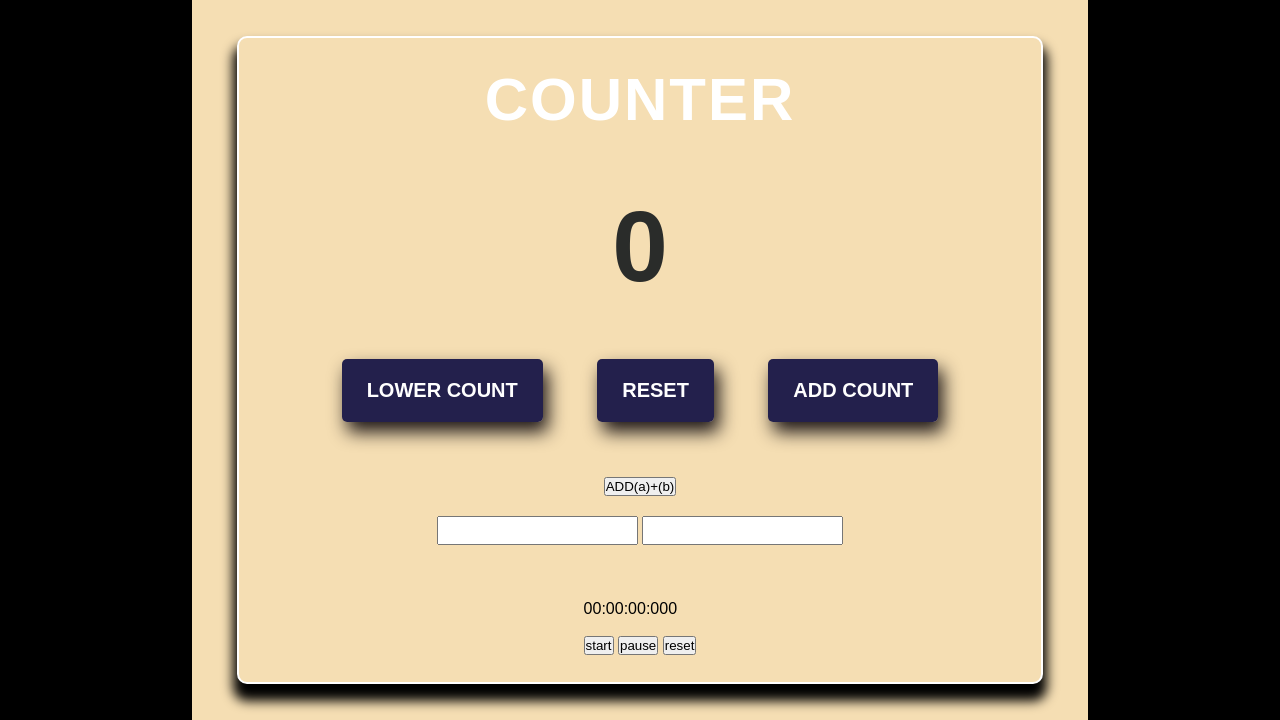
Repository: Seryozha02/Calculator
Page: calculator.html
These files come from the project's save history. The page is drawn as it stood at one moment and after the next save; the edit follows.
The browser window is 1280 px wide. The pictures show the whole page.

Above is the page before, as saved 2022-02-15 13:00:58.

### calculator.html
<!DOCTYPE html>
<html lang="en">
  <head>
    <meta charset="UTF-8" />
    <meta http-equiv="X-UA-Compatible" content="IE=edge" />
    <meta name="viewport" content="width=device-width, initial-scale=1.0" />
    <link rel="stylesheet" href="./calculator.css" />
    <title>Counter</title>
  </head>
  <body>
    <div class="body">
        <div class="parent">
            <div class="main">
                <div class="countText">
                    <h1>COUNTER</h1>
                </div>
                <div class="number">
                    <p id="num">0</p>
                </div>
                <div class="options">
                    <button class="leftButton">LOWER COUNT</button>
                    <button class="centerButton">RESET</button>
                    <button class="rightButton">ADD COUNT</button>
                </div>
                <div class="addABParent">
                    <button class="addAB">ADD(a)+(b)</button>
                    <input type="number" id="inputNum1"><span class="plyus"></span>
                    <input type="number" id="inputNum2"><span class="equals"></span>
                    <span id="valueOfSum"></span>
                </div>
                <form name="form_main">
                    <div>
                      <span id="hour">00</span>:<span id="minute">00</span>:<span id="second">00</span>:<span id="millisecond">000</span>
                    </div>

                    <br />

                    <button type="button" name="start">start</button>
                    <button type="button" name="pause">pause</button>
                    <button type="button" name="reset">reset</button>
                  </form>

            </div>
        </div>
    </div>
    <script src="./calculator.js"></script>
  </body>
</html>

### calculator.css
/* @import url('https://fonts.googleapis.com/css2?family=Poppins:wght@200;300;400;500;600;700&display=swap'); */
* {
    margin: 0;
    padding: 0;
    box-sizing: border-box;
    font-family: 'Poppins', sans-serif;
}

.body {
    background-color: black;
    position: absolute;
    width: 100%;
    height: 100%;
    display: flex;
    align-items: center;
    justify-content: center;
}

.parent {
    background-color: wheat;
    position: relative;
    width: 70%;
    height: 100%;
    display: flex;
    align-items: center;
    justify-content: center;
}

.main {
    background-color: wheat;
    position: relative;
    width: 90%;
    height: 90%;
    display: flex;
    align-items: center;
    justify-content: center;
    flex-direction: column;
    border: 2px solid white;
    border-radius: 10px;
    box-shadow: 0px 13px 12px 4px;
    display: flex;
    flex-direction: column;
    justify-content: space-around;
}

.countText {
    display: flex;
    align-items: center;
    justify-content: center;
    letter-spacing: 2px;
    color: white;
    font-size: 30px;
}

.number {
    font-size: 100px;
    font-weight: 600;
    color: rgb(42, 44, 42);
}

.options button {
    background-color: rgba(7, 7, 63, 0.884);
    border-radius: 5px;
    color: white;
    font-size: 20px;
    font-weight: 600;
    cursor: pointer;
    border: none;
    padding: 20px 25px 20px 25px;
    box-shadow: 5px 10px 18px #1D1717;
}

.options button:hover,
.btn button:hover {
    transform: scale(0.96);
}

.options button.leftButton {
    margin-right: 50px;
}

.options button.rightButton {
    margin-left: 50px;
}

.addABParent {
    text-align: -webkit-center;
}

.addAB {
    display: flex;
    margin-bottom: 20px;
}

input {
    padding: 5px 10px;
}

### calculator.js
const leftButton = document.querySelector(".leftButton");
const centerButton = document.querySelector(".centerButton");
const rightButton = document.querySelector(".rightButton");
const num = document.getElementById("num");
const addAB = document.querySelector(".addAB");
const valueOfSum = document.getElementById("valueOfSum");
const inputNum1 = document.getElementById("inputNum1");
const inputNum2 = document.getElementById("inputNum2");
const plyus = document.querySelector(".plyus")
const equals = document.querySelector(".equals")

let i = 0;
leftButton.addEventListener("click", function minus() {
    i--;
    num.innerHTML = i;
});

rightButton.addEventListener("click", function pulus() {
    i++;
    num.innerHTML = i;
});

centerButton.addEventListener("click", function reset() {
    i = 0;
    num.innerHTML = i;
});

function add(a) {
    return function name(b) {
        return a + b;
    }
}

addAB.addEventListener("click", function() {
    plyus.innerText = "+"
    equals.innerText = "="
    let inputNum1Value = Number(inputNum1.value);
    let inputNum2Value = Number(inputNum2.value);
    valueOfSum.innerText = add(inputNum1Value)(inputNum2Value)
});

let hour = 0;
let minute = 0;
let second = 0;
let millisecond = 0;

let cron;

document.form_main.start.onclick = () => start();
document.form_main.pause.onclick = () => pause();
document.form_main.reset.onclick = () => reset();

function start() {
    pause();
    cron = setInterval(() => { timer(); }, 10);
  }

  function pause() {
    clearInterval(cron);
  }

  function reset() {
    hour = 0;
    minute = 0;
    second = 0;
    millisecond = 0;
    document.getElementById('hour').innerText = '00';
    document.getElementById('minute').innerText = '00';
    document.getElementById('second').innerText = '00';
    document.getElementById('millisecond').innerText = '000';
  }
  function timer() {
    if ((millisecond += 10) == 1000) {
      millisecond = 0;
      second++;
    }
    if (second == 60) {
      second = 0;
      minute++;
    }
    if (minute == 60) {
      minute = 0;
      hour++;
    }
    document.getElementById('hour').innerText = returnData(hour);
    document.getElementById('minute').innerText = returnData(minute);
    document.getElementById('second').innerText = returnData(second);
    document.getElementById('millisecond').innerText = returnData(millisecond);
  }

  function returnData(input) {
    return input > 10 ? input : `0${input}`
  }

After the next save:
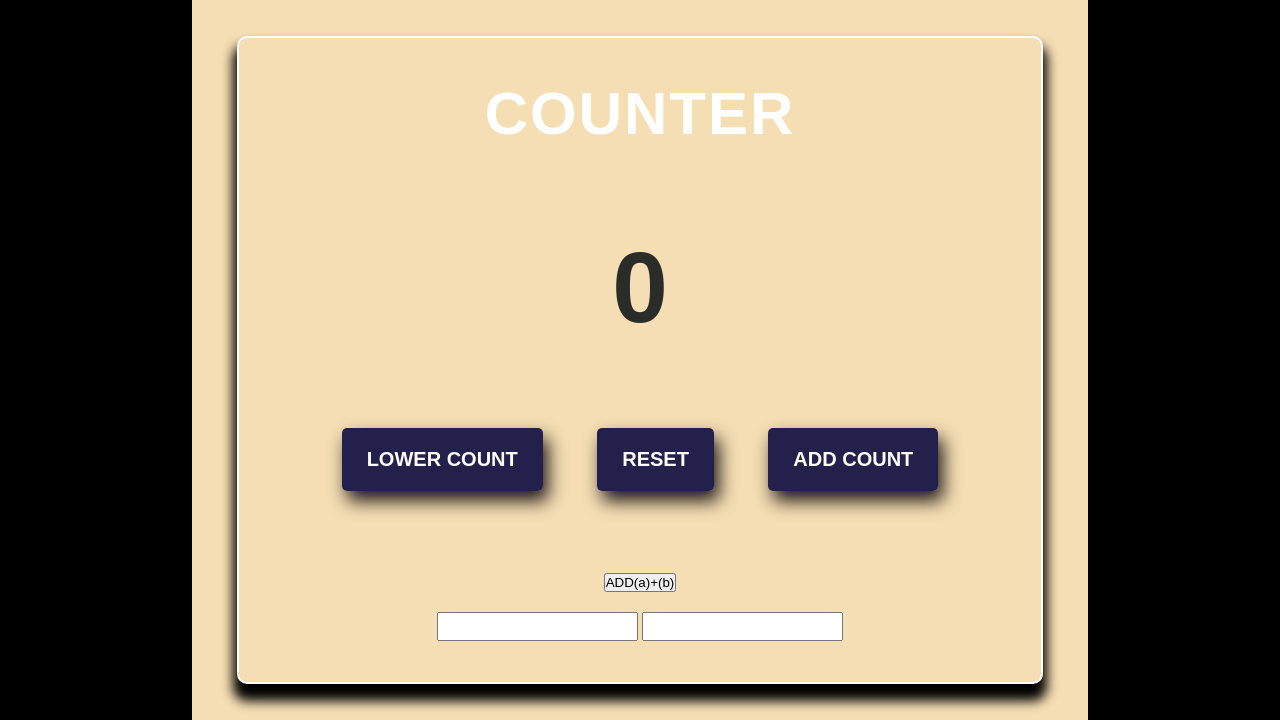
Console error: TypeError: Cannot read properties of undefined (reading 'start')
Saved 71 s later.
--- a/calculator.html
+++ b/calculator.html
@@ -28,7 +28,7 @@
                     <input type="number" id="inputNum2"><span class="equals"></span>
                     <span id="valueOfSum"></span>
                 </div>
-                <form name="form_main">
+                <!-- <form name="form_main">
                     <div>
                       <span id="hour">00</span>:<span id="minute">00</span>:<span id="second">00</span>:<span id="millisecond">000</span>
                     </div>
@@ -38,7 +38,7 @@
                     <button type="button" name="start">start</button>
                     <button type="button" name="pause">pause</button>
                     <button type="button" name="reset">reset</button>
-                  </form>
+                  </form> -->
 
             </div>
         </div>

After the save that followed:
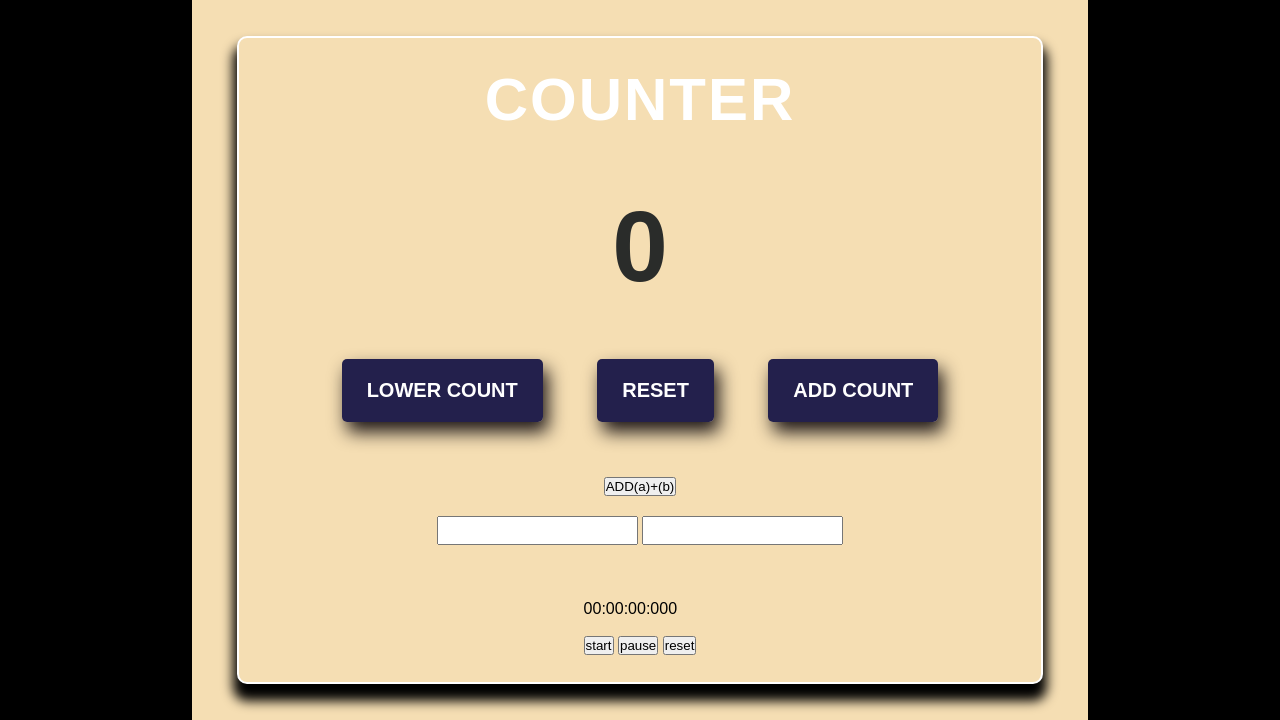
The error is gone.
Saved 4 s later.
--- a/calculator.html
+++ b/calculator.html
@@ -28,7 +28,7 @@
                     <input type="number" id="inputNum2"><span class="equals"></span>
                     <span id="valueOfSum"></span>
                 </div>
-                <!-- <form name="form_main">
+                <form name="form_main">
                     <div>
                       <span id="hour">00</span>:<span id="minute">00</span>:<span id="second">00</span>:<span id="millisecond">000</span>
                     </div>
@@ -38,7 +38,7 @@
                     <button type="button" name="start">start</button>
                     <button type="button" name="pause">pause</button>
                     <button type="button" name="reset">reset</button>
-                  </form> -->
+                  </form>
 
             </div>
         </div>
